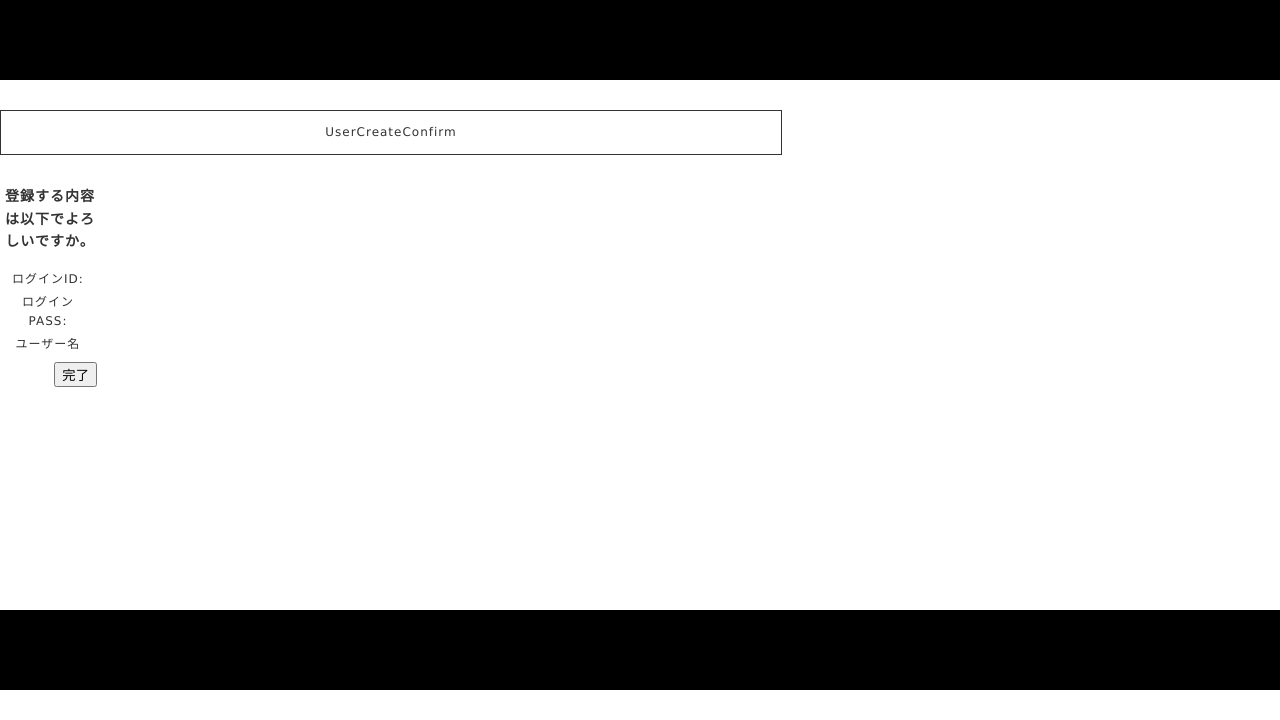
Repository: moe-irizuki/ecsite
Page: http://localhost/template/userCreateConfirm.jsp
The author's editor kept a copy of each file at every save. The page is drawn from the files as they stood at one save, then again after the next save.
The browser window is 1280 px wide. The pictures show the whole page.
The page is served by Tomcat 9.

Above is the page before, as saved 2018-05-01 01:43:16.

After the next save:
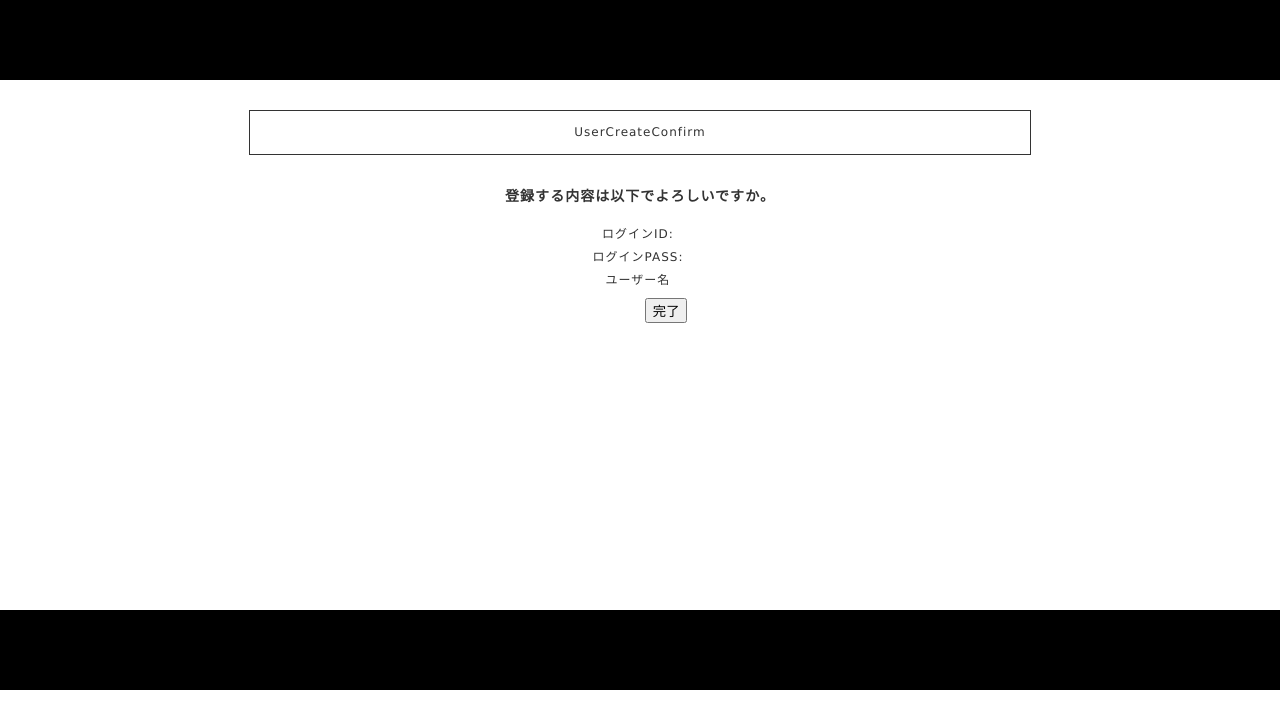
Saved 6 min 40 s later.
--- a/template/WebContent/userCreateConfirm.jsp
+++ b/template/WebContent/userCreateConfirm.jsp
@@ -42,7 +42,7 @@
 		}
 
 		#main{
-			width: 100px;
+			width: 100%;
 			height: 500px;
 			text-align: center;
 		}
